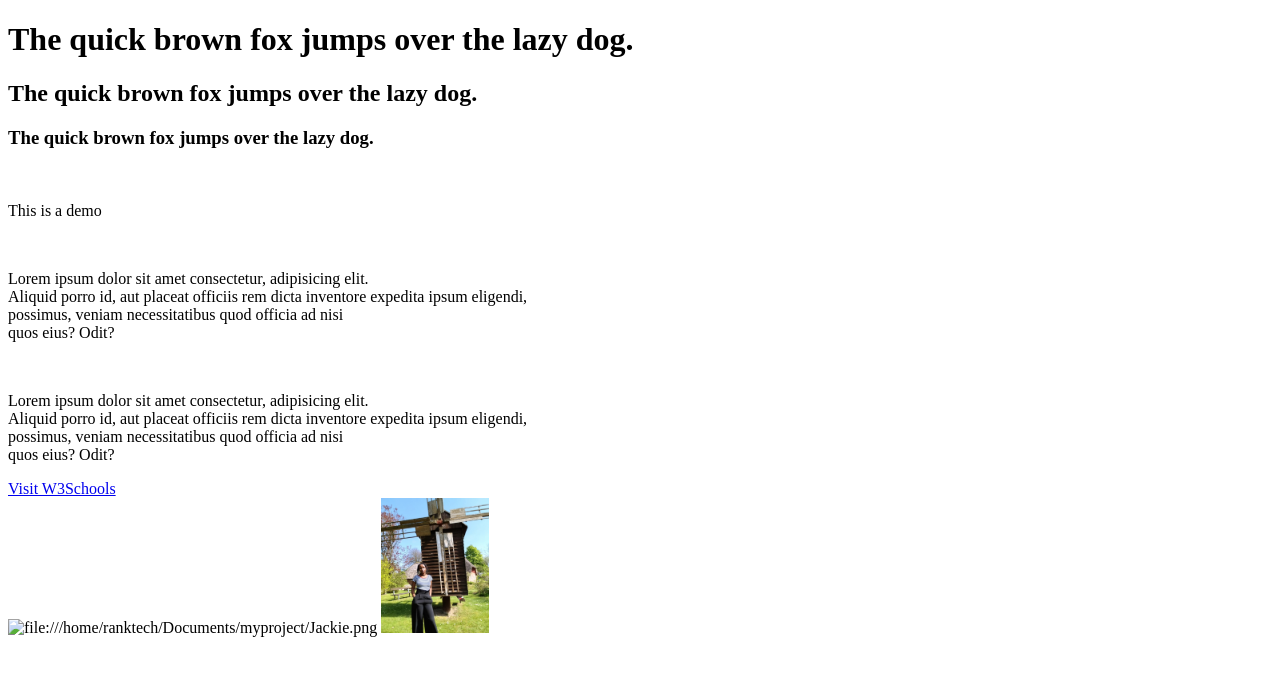
Repository: PhilipMuturi/website
Page: website/index.html
The author's editor kept a copy of each file at every save. The page is drawn from the files as they stood at one save, then again after the next save.
The browser window is 1280 px wide. The pictures show the whole page.

Above is the page before, as saved 2023-11-29 14:28:56.

After the next save:
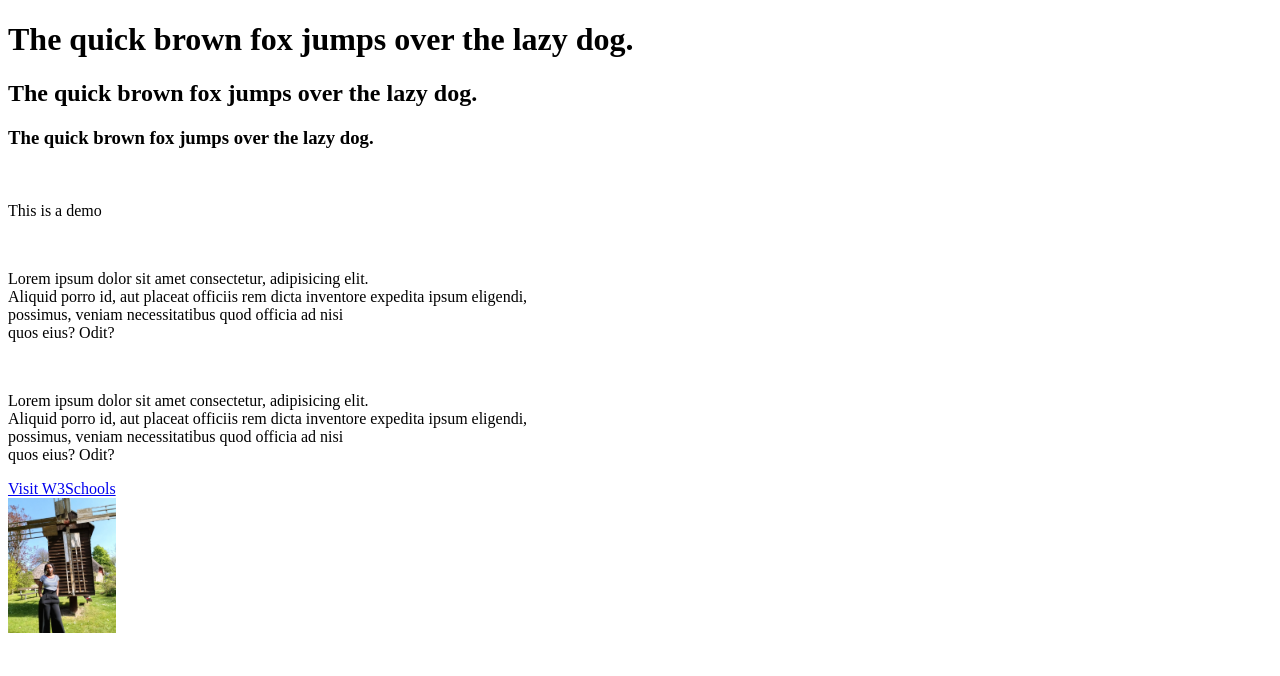
Saved 55 min 23 s later.
--- a/website/index.html
+++ b/website/index.html
@@ -30,7 +30,6 @@
 
              <a href="https://www.w3schools.com">Visit W3Schools</a>
              <br>
-             <img src="file:///home/ranktech/Documents/myproject/Jackie.png" alt="file:///home/ranktech/Documents/myproject/Jackie.png" width="429" height="537" class="shrinkToFit">
              <img src="Jackie.jpg" height="135" width="108">
     </body>
 </html>
